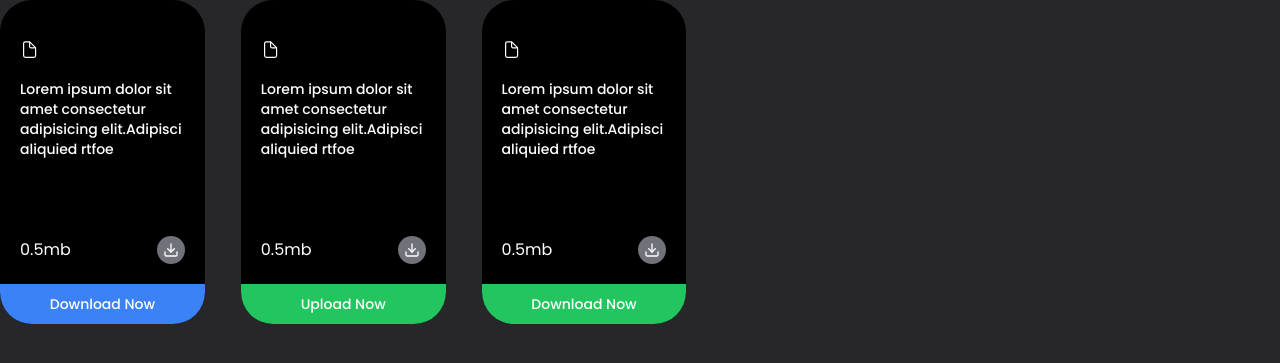
Repository: SharonSebastian32/dragable_cards
Page: /
An editor plug-in stored every save of this project. The page is shown before and after the next save, followed by the edit.
The browser window is 1280 px wide. The pictures show the whole page.
Some web fonts or font styles are not loaded; a fallback is used. The project was rebuilt for these pictures with package versions that can differ from the ones it lists, and the page was loaded fresh each time. Also part of the build but not shown: vite.config.js.

Above is the page before, as saved 2024-08-21 11:23:47.

After the next save:
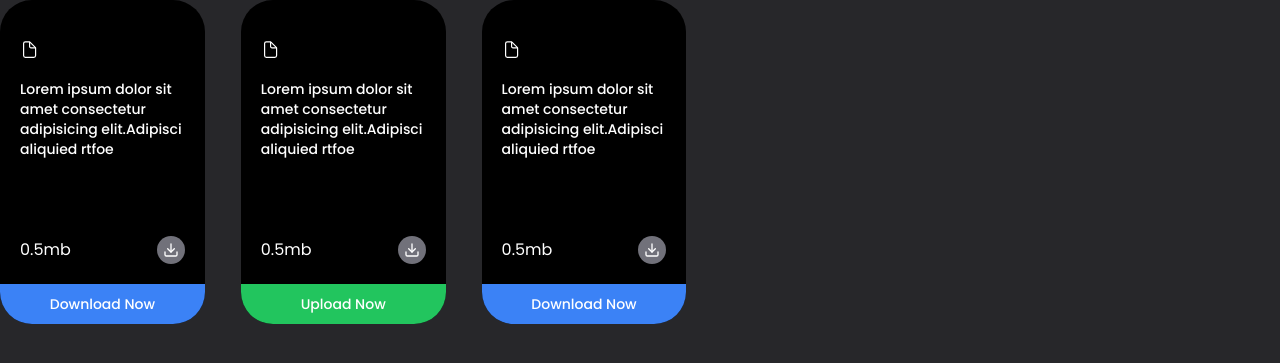
Saved 12 s later.
--- a/src/Components/Foreground.jsx
+++ b/src/Components/Foreground.jsx
@@ -35,7 +35,7 @@ const Foreground = () => {
       tag: {
         isOpen: true,
         tagTitle: "Download Now",
-        tagColor: " ",
+        tagColor: "blue",
       },
     },
   ];
